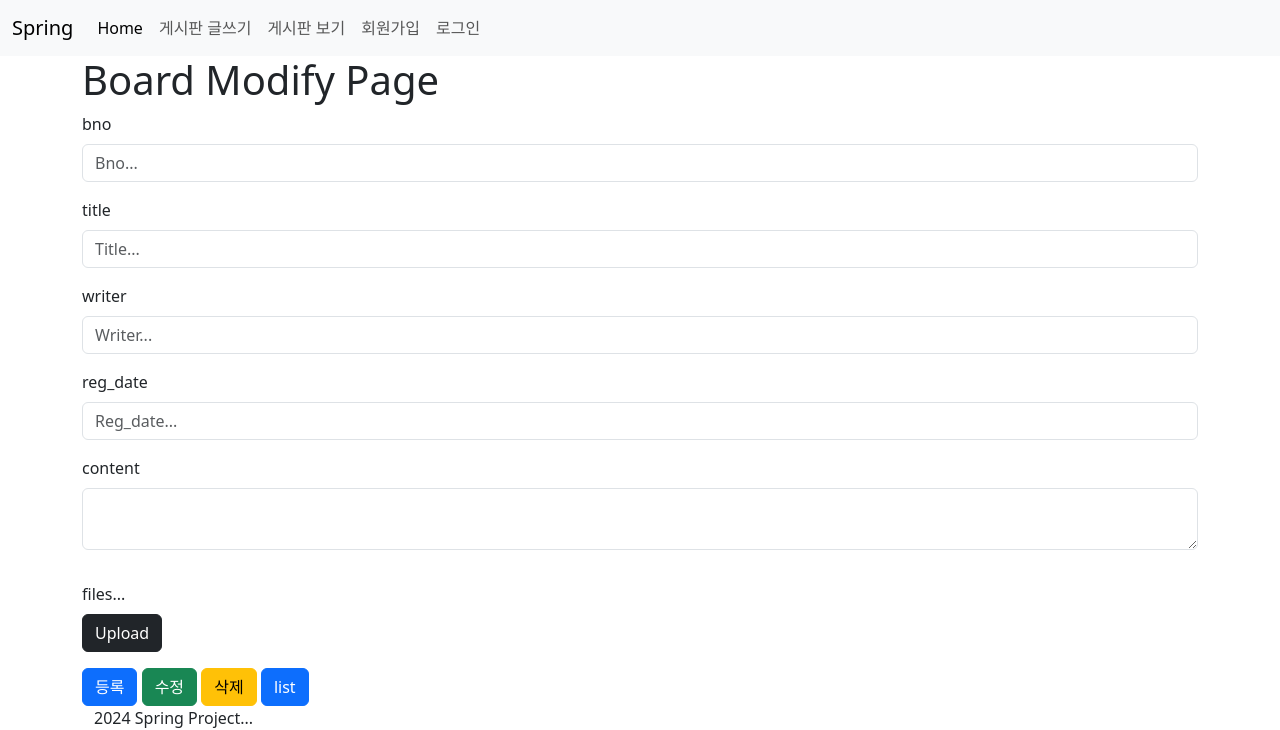
Repository: wanted2001/jsp_project
Page: http://localhost/spring_study/WEB-INF/views/board/modify.jsp
An editor plug-in stored every save of this project. The page is shown before and after the next save, followed by the edit.
The browser window is 1280 px wide. The pictures show the whole page.
The page is served by Tomcat 9. Nobody is signed in. The template is opened directly, without the code that normally fills it, so the values that code supplies are empty.

Above is the page before, as saved 2024-04-30 02:12:54.

After the next save:
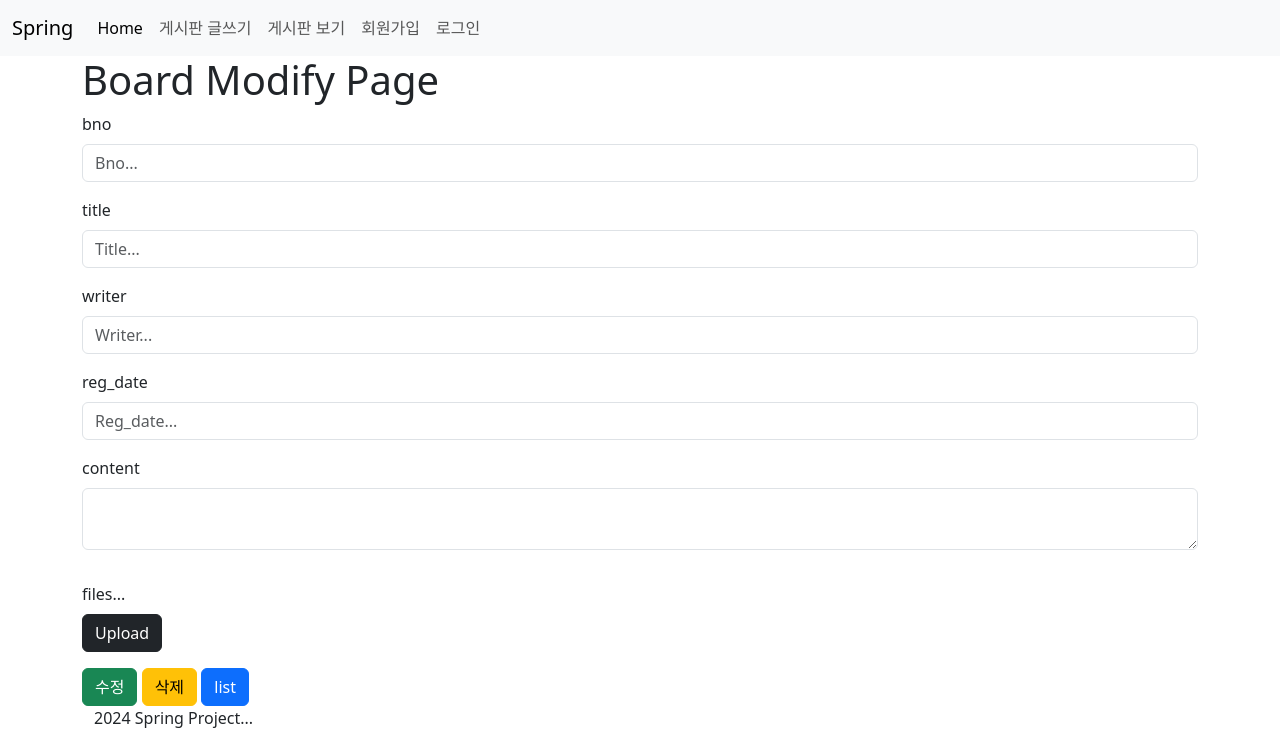
Saved 2 min 19 s later.
--- a/spring_study/src/main/webapp/WEB-INF/views/board/modify.jsp
+++ b/spring_study/src/main/webapp/WEB-INF/views/board/modify.jsp
@@ -75,7 +75,6 @@
 
 		<!-- 파일 목록 표시라인  -->
 		<div class="mb-3" id="fileZone"></div>
-		<button type="submit" class="btn btn-primary" id="regBtn">등록</button>
 		<a href="/board/modify?${detail.bno}"><button type="submit"
 				class="btn btn-success">수정</button></a> <a
 			href="/board/remove?${detail.bno}"><button type="button"
